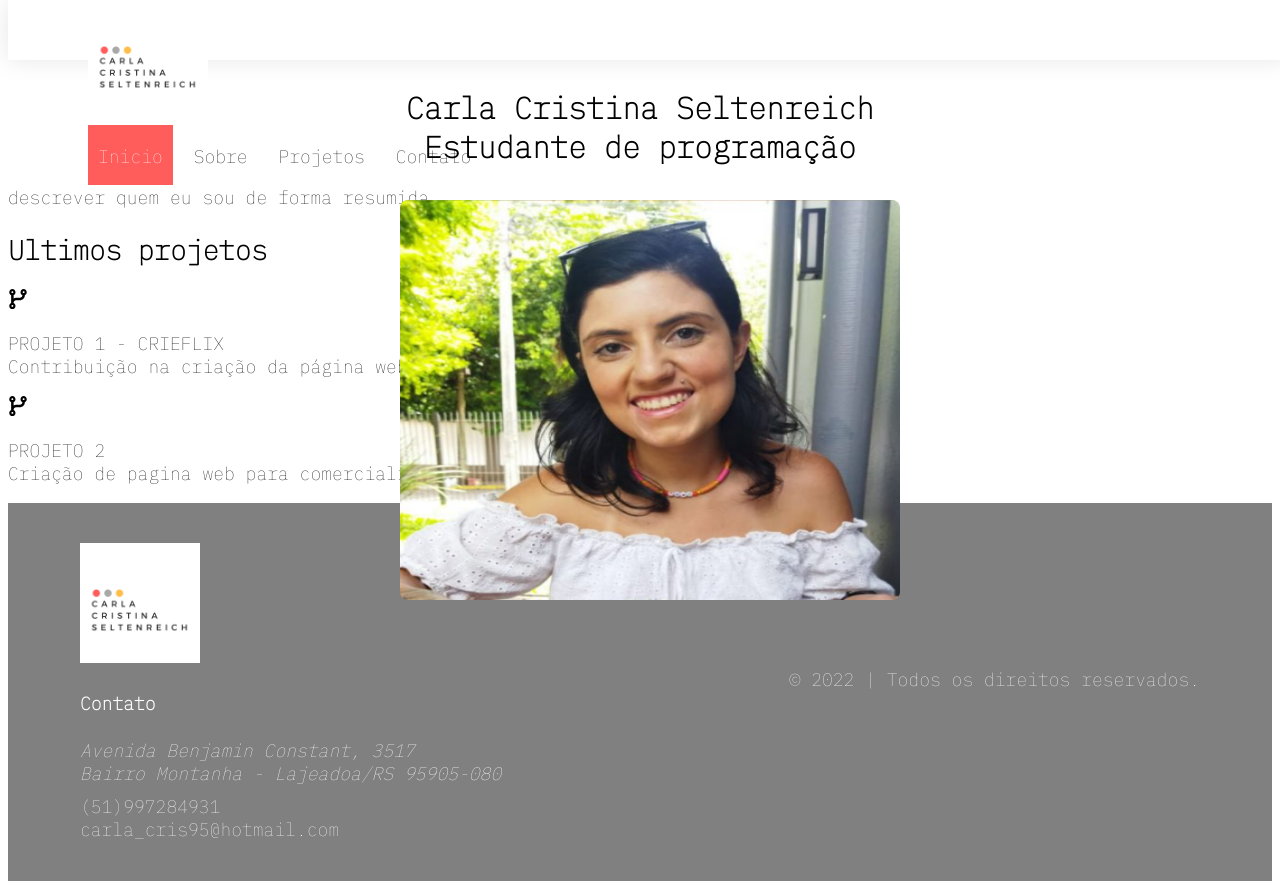
Repository: carla-seltenreich/portfolio
Page: index.html
The author's editor kept a copy of each file at every save. The page is drawn from the files as they stood at one save, then again after the next save.
The browser window is 1280 px wide. The pictures show the whole page.

Above is the page before, as saved 2022-05-24 16:38:36.

After the next save:
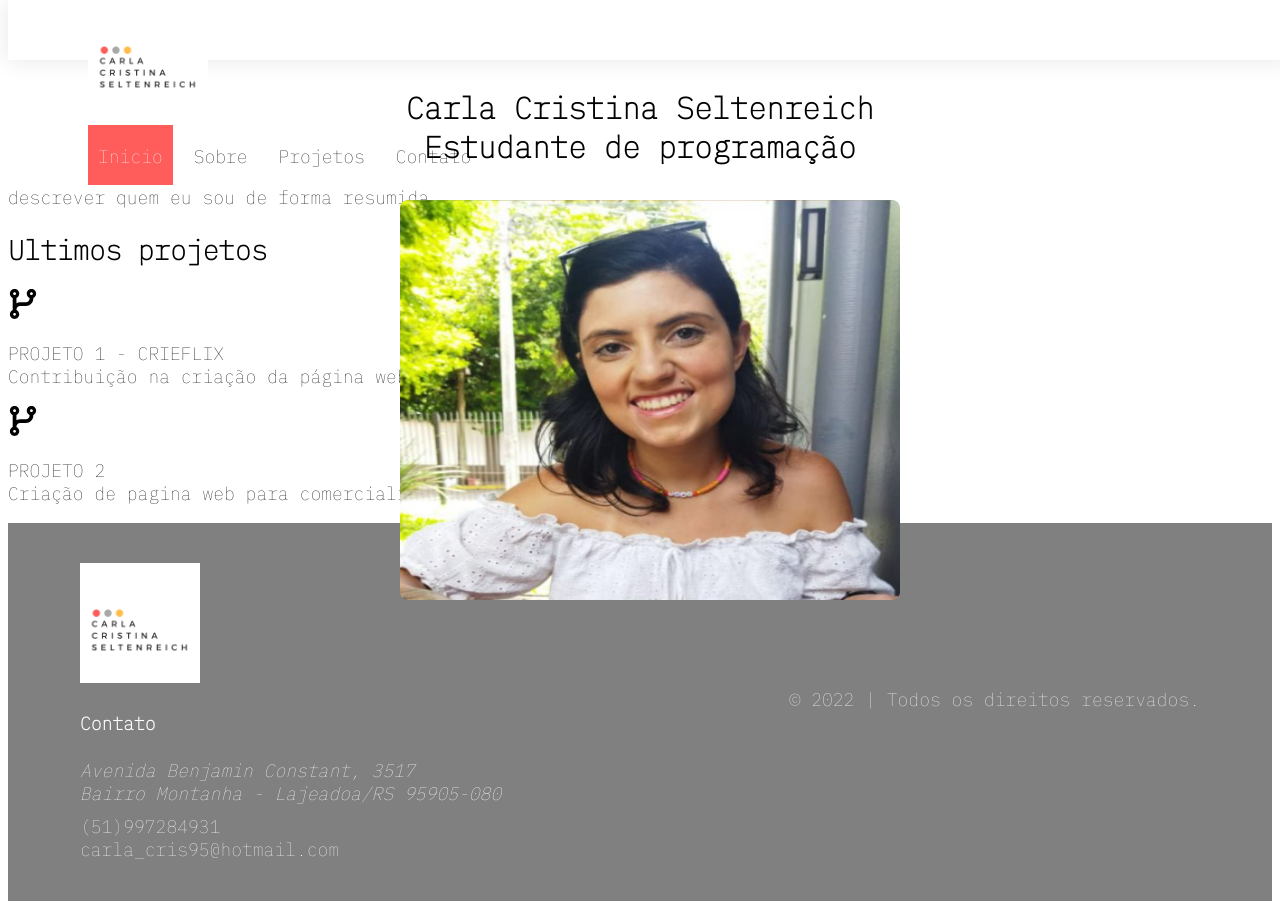
Saved 30 s later.
--- a/style.css
+++ b/style.css
@@ -72,8 +72,8 @@ body {
 }
 
 .logo-project {
-    width: 20px;
-    height: 20px;
+    width: 30px;
+    height: 30px;
 }
 
 .footer {
